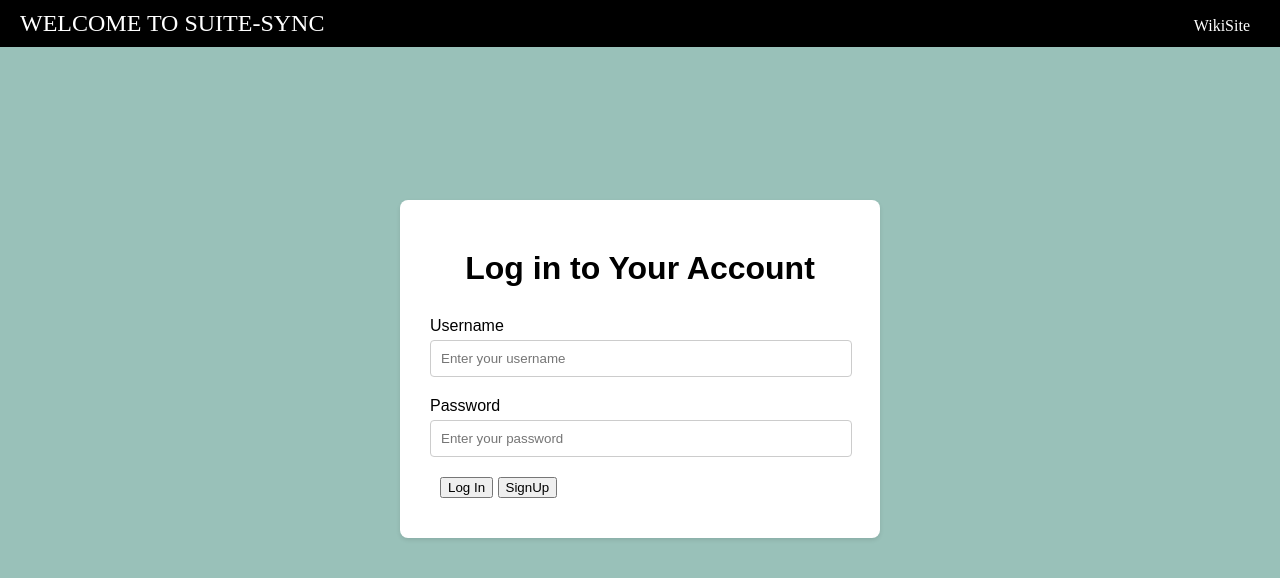
Repository: seojoonl/household-management-webapp
Page: http://localhost/201_final_project/login.html
An editor plug-in stored every save of this project. The page is shown before and after the next save, followed by the edit.
The browser window is 1280 px wide. The pictures show the whole page.
The page is served by Tomcat 9.

Above is the page before, as saved 2024-05-07 05:37:07.

After the next save:
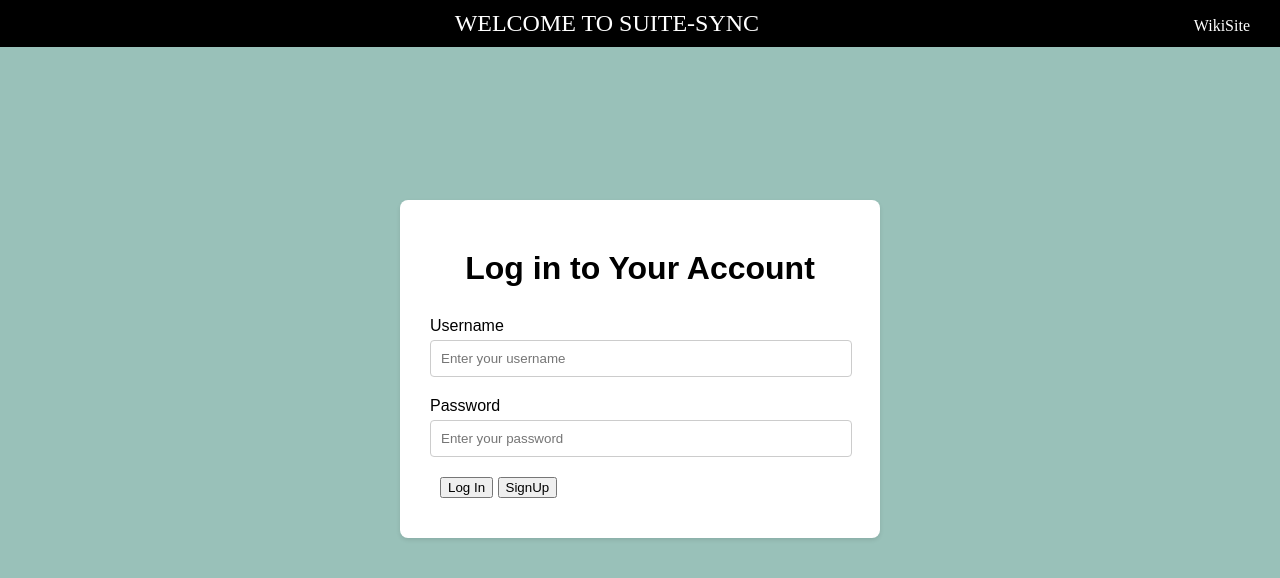
Saved 12 s later.
--- a/201_final_project/src/main/webapp/style.css
+++ b/201_final_project/src/main/webapp/style.css
@@ -30,7 +30,8 @@ header .wiki {
 
 header .household
 {
-    text-align: center;
+    margin-left: auto;
+    margin-right: auto;
 }
 
 header .wiki a {
